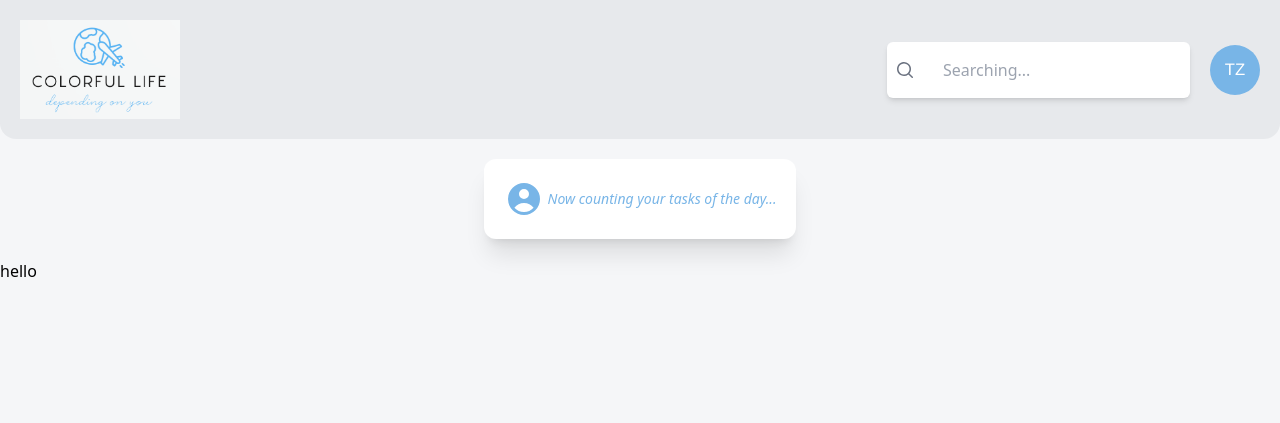
Repository: Tracy-maker/Kban
Page: /
The author's editor kept a copy of each file at every save. The page is drawn from the files as they stood at one save, then again after the next save.
The browser window is 1280 px wide. The pictures show the whole page.
The project was rebuilt for these pictures with package versions that can differ from the ones it lists, and the page was loaded fresh each time. The framework's server and built-in components were replaced by stand-ins that run in the browser. Also part of the build but not shown: next.config.js.

Above is the page before, as saved 2023-08-23 18:29:06.

### app/layout.tsx
import './globals.css'
import type { Metadata } from 'next'
import { Inter } from 'next/font/google'

const inter = Inter({ subsets: ['latin'] })

export const metadata: Metadata = {
  title: 'Kanban Board',
  description: 'Generated by the Yix',
}

export default function RootLayout({
  children,
}: {
  children: React.ReactNode
}) {
  return (
    <html lang="en">
      <body className="bg-[#F5F6F8]">{children}</body>
    </html>
  )
}

### app/page.tsx
import Header from "@/components/Header/Header";



export default function Home() {
  return (
    <main>

      <Header />
      <h1>hello</h1>
    </main>
  );
}

### components/Header/Header.tsx
"use client";
import React from "react";
import Image from "next/image";
import p1 from "@/components/assets/ad.png";
import { MagnifyingGlassIcon, UserCircleIcon } from "@heroicons/react/20/solid";
import Avatar from "react-avatar";

function Header() {
  return (
    <header>
      <div className="flex flex-col md:flex-row items-center p-5 bg-gray-500/10 rounded-b-2xl">
        <Image
          className="w-40 md:w-50 pb-10 md:pb-0 object-contain"
          src={p1}
          alt="kanBan Logo"
          width={300}
          height={100}
        />
        <div className="flex items-center space-x-5 flex-1 justify-end w-full">
          <form className="flex items-center space-x-5 bg-white rounded-md p-2 shadow-md flex-1 md:flex-initial">
            <MagnifyingGlassIcon className="w-5 h-5 text-gray-500" />
            <input
              type="text"
              placeholder="Searching..."
              className="flex-1 outline-none p-2"
            />
            <button type="submit" hidden>
              Search
            </button>
          </form>
          <Avatar name="Tracy Z" round size="50" color="#78b5e7" />
        </div>
      </div>
      <div className="flex items-center justify-center px-5 py-2 md:py-5">
        <p className="flex items-center p-5 text-sm font-light pr-5 shadow-xl rounded-xl w-fit bg-white italic max-w-3xl text-[#78b5e7]">
          <UserCircleIcon className="inline-block h-10 w-10 text-[#78b5e7] mr-1"/>
          Now counting your tasks of the day...
        </p>
      </div>
    </header>
  );
}

export default Header;

Loaded but not shown: app/globals.css (common file); tailwind.config.ts (common file)

After the next save:
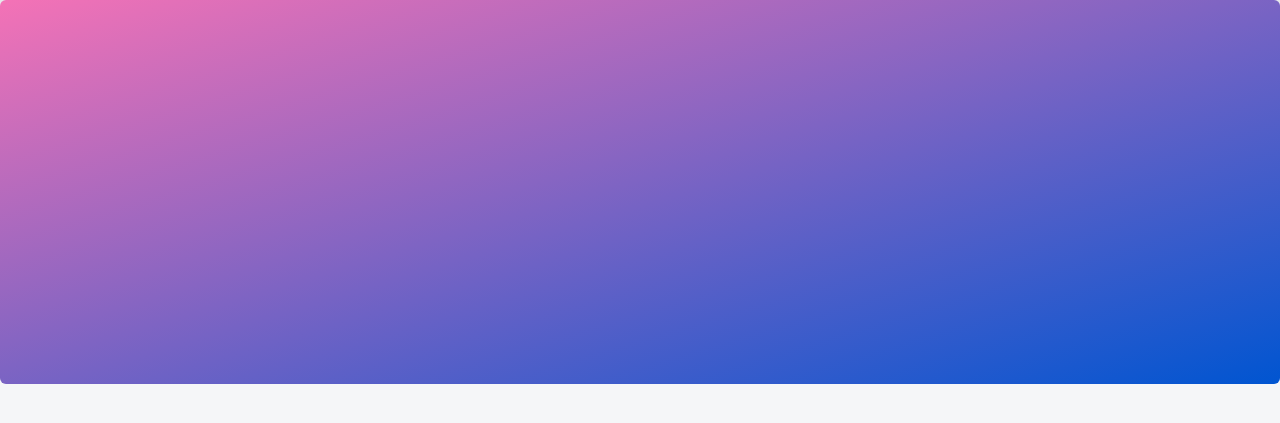
Saved 6 min 21 s later.
--- a/components/Header/Header.tsx
+++ b/components/Header/Header.tsx
@@ -9,6 +9,8 @@
   return (
     <header>
       <div className="flex flex-col md:flex-row items-center p-5 bg-gray-500/10 rounded-b-2xl">
+       <div className="absolute top-0 left-0 w-full h-96 bg-gradient-to-br from-pink-400 to-[#0055D1] rounded-md"/>
+
         <Image
           className="w-40 md:w-50 pb-10 md:pb-0 object-contain"
           src={p1}

After the save that followed:
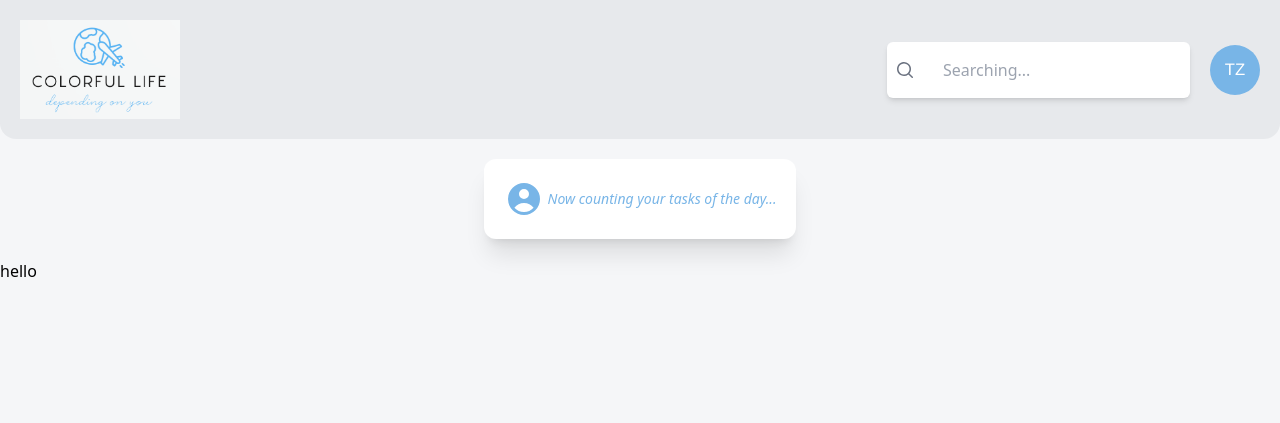
Saved 48 s later.
--- a/components/Header/Header.tsx
+++ b/components/Header/Header.tsx
@@ -9,7 +9,7 @@
   return (
     <header>
       <div className="flex flex-col md:flex-row items-center p-5 bg-gray-500/10 rounded-b-2xl">
-       <div className="absolute top-0 left-0 w-full h-96 bg-gradient-to-br from-pink-400 to-[#0055D1] rounded-md"/>
+       <div className="absolute top-0 left-0 w-full h-100 bg-gradient-to-br from-pink-400 to-[#0055D1] rounded-md"/>
 
         <Image
           className="w-40 md:w-50 pb-10 md:pb-0 object-contain"
